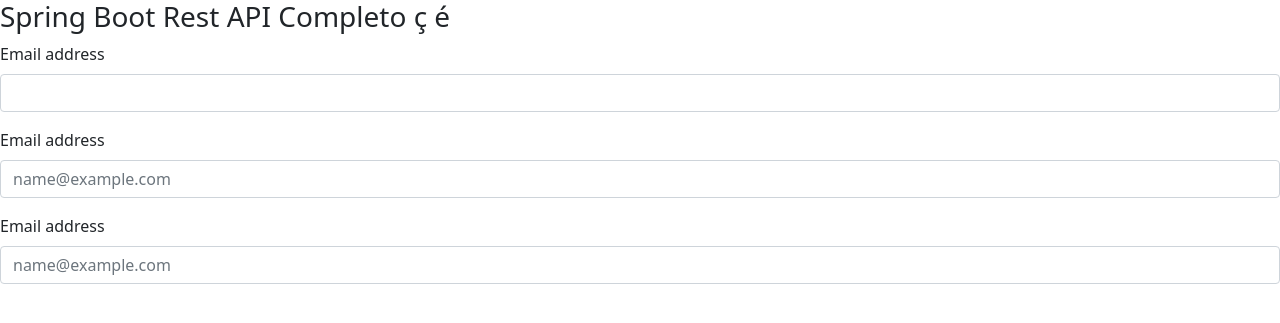
Repository: aldo-pereira22/projeto-srping-boot-1
Page: back-end/springboot-rest-api-sample/src/main/resources/static/index.html
The author's editor kept a copy of each file at every save. The page is drawn from the files as they stood at one save, then again after the next save.
The browser window is 1280 px wide. The pictures show the whole page.

Above is the page before, as saved 2021-06-08 19:49:28.

After the next save:
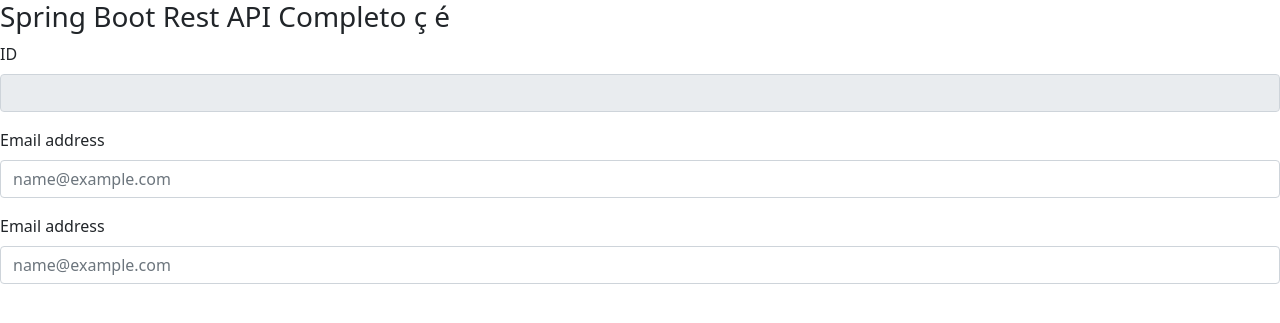
Saved 48 s later.
--- a/back-end/springboot-rest-api-sample/src/main/resources/static/index.html
+++ b/back-end/springboot-rest-api-sample/src/main/resources/static/index.html
@@ -16,8 +16,8 @@
 
 	<form action="" id="formCadastroUser">
 		<div class="mb-3">
-			<label for="exampleFormControlInput1" class="form-label">Email address</label>
-			<input type="text" class="form-control" id="id" >
+			<label for="id" class="form-label">ID</label>
+			<input type="text" class="form-control" id="id" readonly="readonly">
 		</div>
 		<div class="mb-3">
 			<label for="exampleFormControlInput1" class="form-label">Email address</label>
